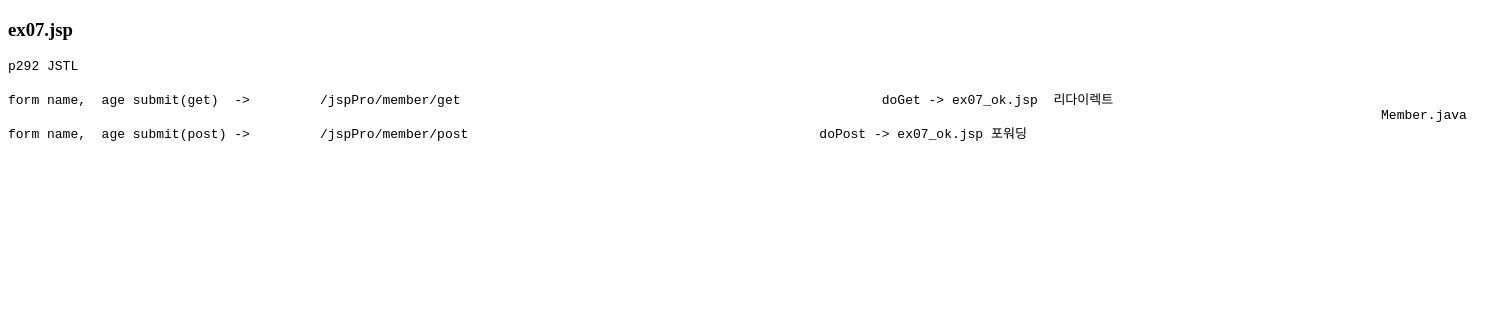
Repository: JavaYoo/kakao-emoticon-web-clone
Page: http://localhost/jspPro/days03/ex07.jsp
These files come from the project's save history. The page is drawn as it stood at one moment and after the next save; the edit follows.
The browser window is 1280 px wide. The page is 1487 px wide, so the pictures cover 1487 px, including what lies to the right of the window. The pictures show the whole page.
The page is served by Tomcat 9. Other server files are loaded and not shown.

Above is the page before, as saved 2022-06-16 06:08:36.

### jspPro/src/main/webapp/days03/ex07.jsp
<%@ page contentType="text/html; charset=UTF-8" pageEncoding="UTF-8"%>
<!DOCTYPE html>
<html>
<head>
<meta charset="UTF-8">
<meta name="viewport" content="width=device-width, initial-scale=1.0">
<title>2022. 6. 16. - 오후 12:45:23</title>
<link rel="shortcut icon "type = "image/x-icon" href = "../images/SiSt.ico">
<script src="https://ajax.googleapis.com/ajax/libs/jquery/3.6.0/jquery.min.js"></script>
</head>
<body>

<h3>ex07.jsp</h3>

<pre>
p292 JSTL

form name,  age submit(get)  -> 	/jspPro/member/get 							doGet -> ex07_ok.jsp  리다이렉트
																						Member.java
form name,  age submit(post) -> 	/jspPro/member/post 						doPost -> ex07_ok.jsp 포워딩

</pre>

</body>
</html>

After the next save:
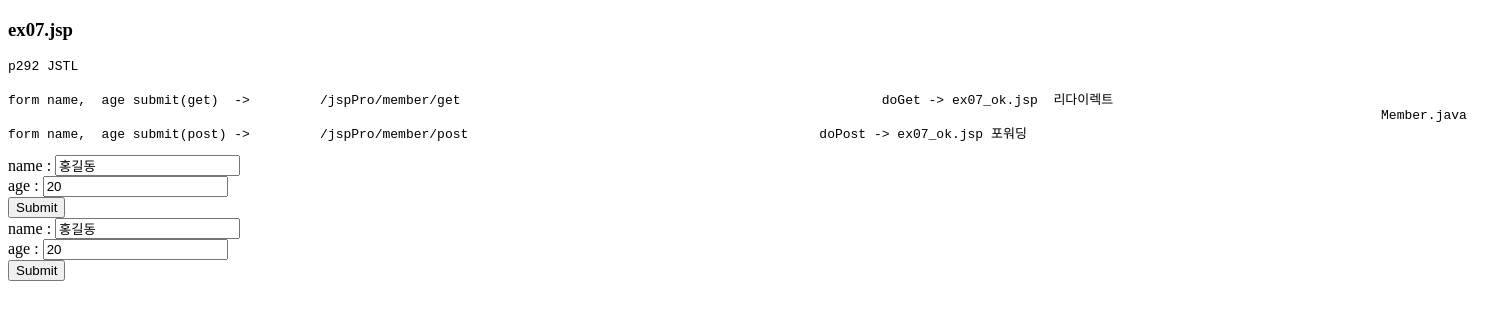
Saved 2 min 58 s later.
--- a/jspPro/src/main/webapp/days03/ex07.jsp
+++ b/jspPro/src/main/webapp/days03/ex07.jsp
@@ -18,8 +18,25 @@ p292 JSTL
 form name,  age submit(get)  -> 	/jspPro/member/get 							doGet -> ex07_ok.jsp  리다이렉트
 																						Member.java
 form name,  age submit(post) -> 	/jspPro/member/post 						doPost -> ex07_ok.jsp 포워딩
+</pre>
 
-</pre>
+<%
+	String contextPath = request.getContextPath();
+%>
+
+<form action="<%=contextPath%>/member/get" method="get">
+name : <input type="text" name="name" value="홍길동" ><br>
+age : <input type="text" name="age" value="20" ><br>
+<input type="submit">
+</form>
+
+<form action="<%=contextPath%>/member/post" method="post">
+name : <input type="text" name="name" value="홍길동" ><br>
+age : <input type="text" name="age" value="20" ><br>
+<input type="submit">
+</form>
+
+
 
 </body>
 </html>
